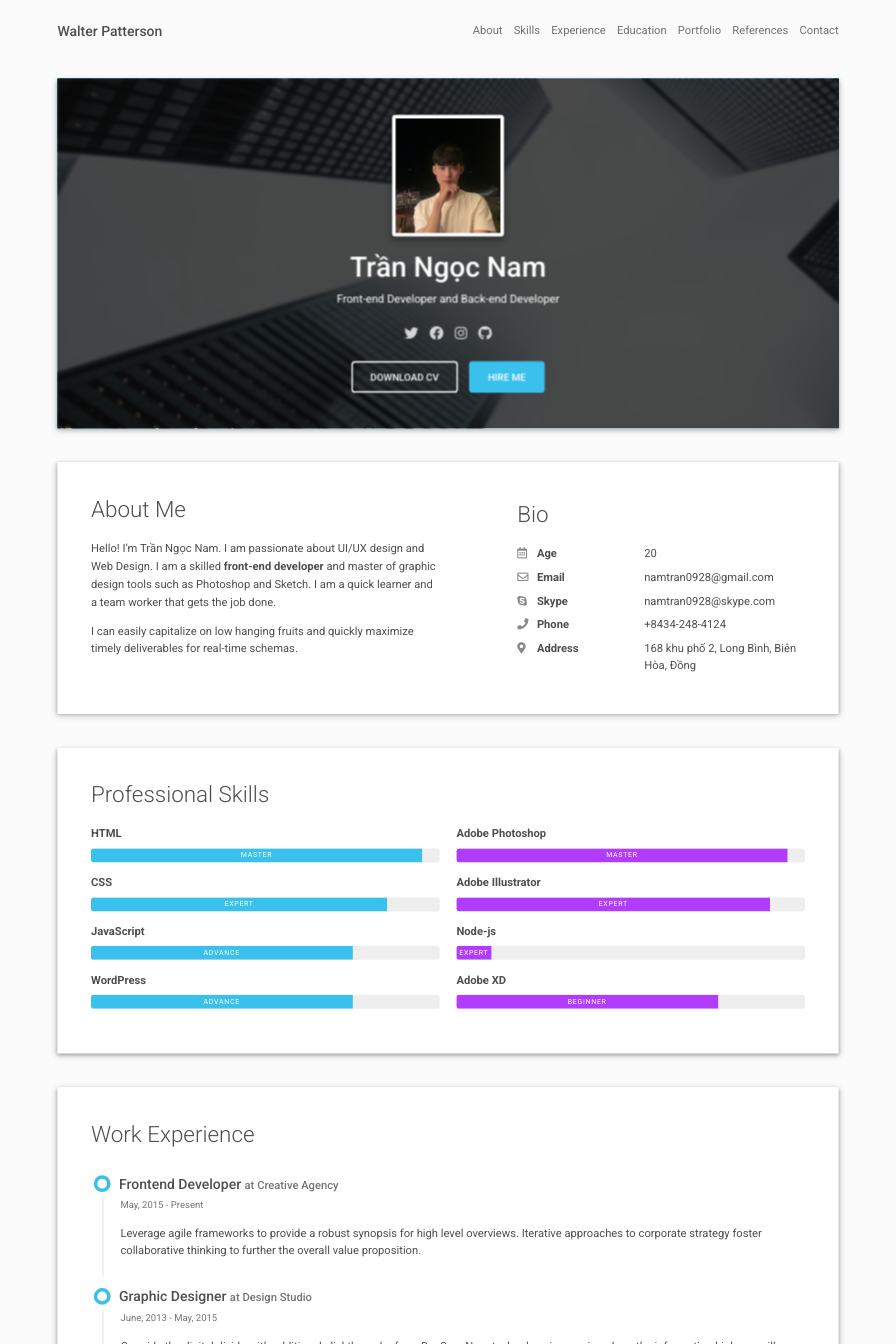
Repository: Namtran3107/CV
Page: index.html
These files come from the project's save history. The page is drawn as it stood at one moment and after the next save; the edit follows.
The browser window is 1280 px wide. The pictures show the part of the page from y = 0 to 1920 px (the page is 5347 px tall), at 70% of full size.

Above is the page before, as saved 2023-03-05 20:45:25.

After the next save:
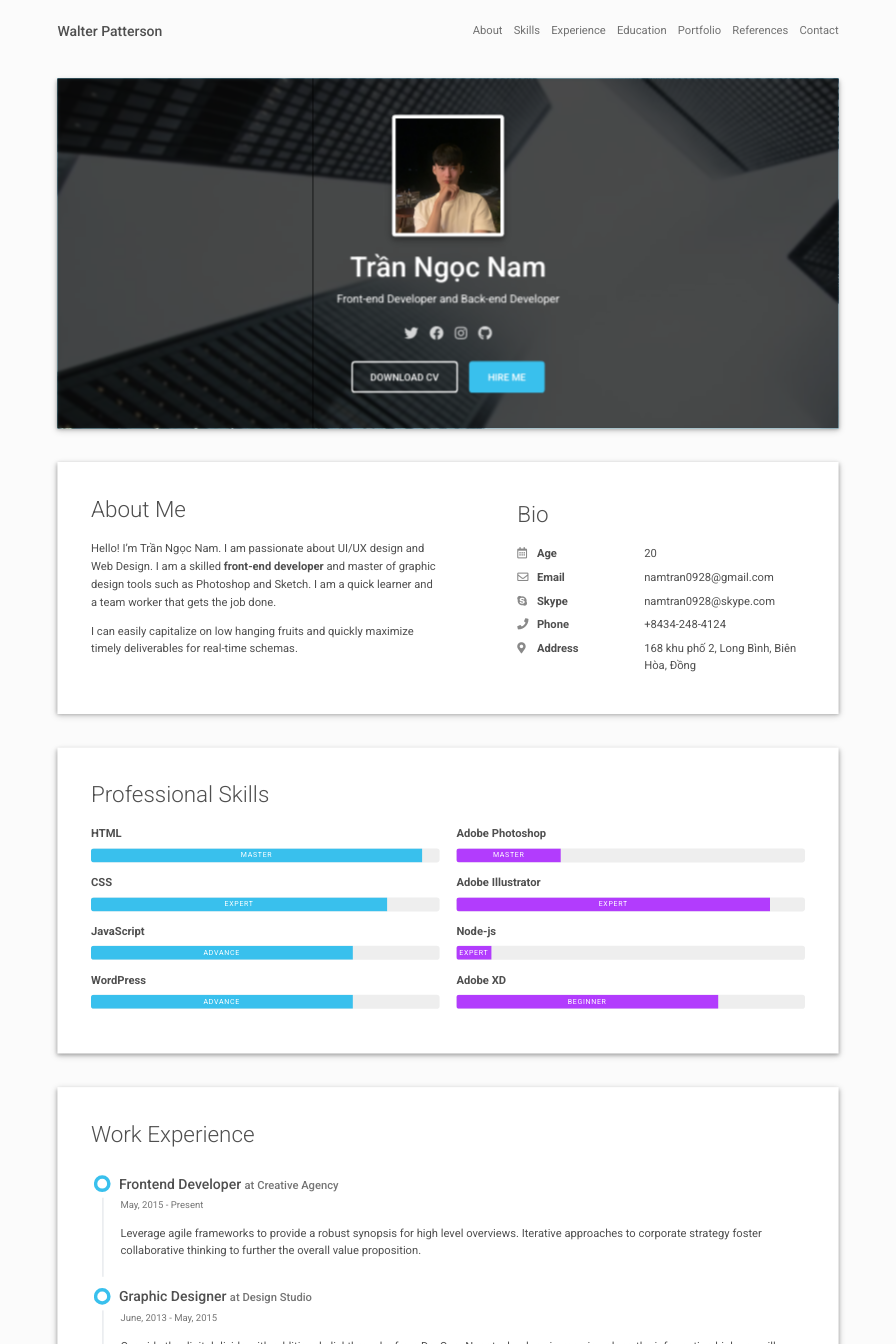
Saved 8 s later.
--- a/index.html
+++ b/index.html
@@ -162,7 +162,7 @@
         <div class="col-md-6">
           <div class="mb-3"><span class="fw-bolder">Adobe Photoshop</span>
             <div class="progress my-2 rounded" style="height: 20px">
-              <div class="progress-bar bg-secondary" role="progressbar" data-aos="zoom-in-right" data-aos-delay="400" data-aos-anchor=".skills-section" style="width: 95%" aria-valuenow="95" aria-valuemin="0" aria-valuemax="100">Master</div>
+              <div class="progress-bar bg-secondary" role="progressbar" data-aos="zoom-in-right" data-aos-delay="400" data-aos-anchor=".skills-section" style="width: 30%" aria-valuenow="95" aria-valuemin="0" aria-valuemax="100">Master</div>
             </div>
           </div>
           <div class="mb-3"><span class="fw-bolder">Adobe Illustrator</span>
